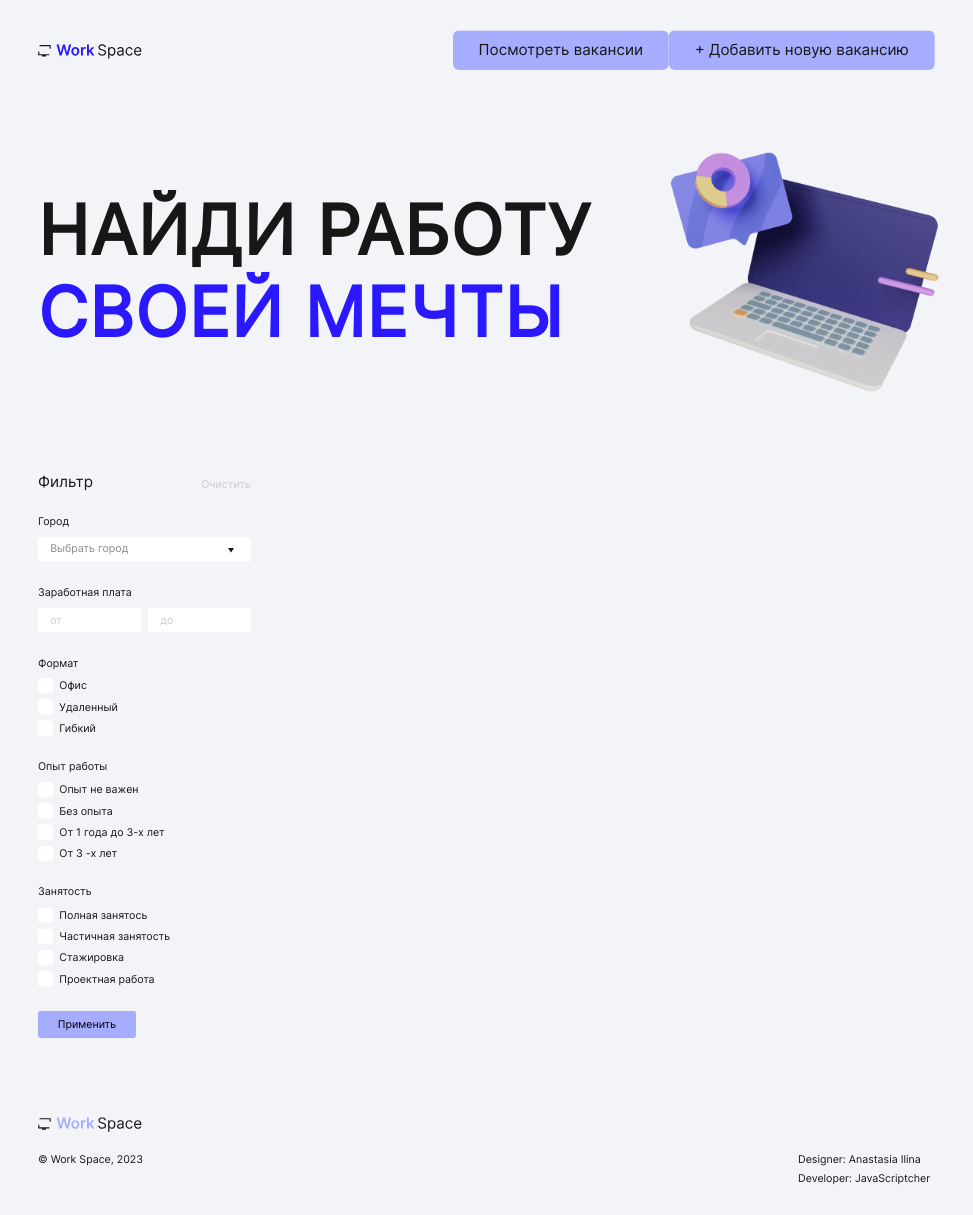
Repository: alexboagreek/workspace_js
Page: index.html
The author's editor kept a copy of each file at every save. The page is drawn from the files as they stood at one save, then again after the next save.
The browser window is 1280 px wide. The pictures show the whole page, at 76% of full size.
The page's requests for data from a server got no answer.

Above is the page before, as saved 2023-09-13 07:43:48.

After the next save:
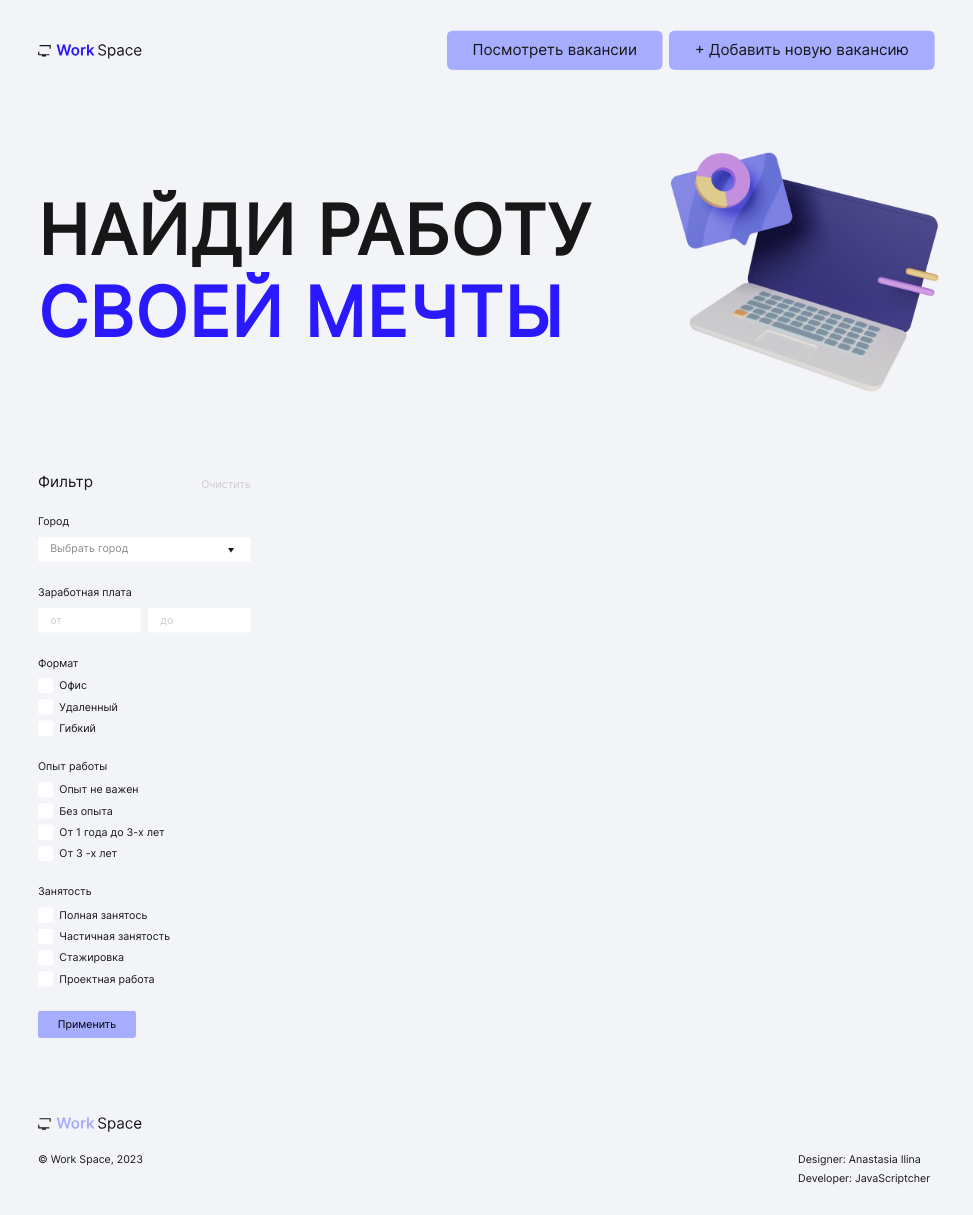
Saved 4 s later.
--- a/style/header.css
+++ b/style/header.css
@@ -10,7 +10,7 @@
 
 .header__links {
   display: flex;
-  gap8
+  gap: 8px;
 }
 
 .header__link {
